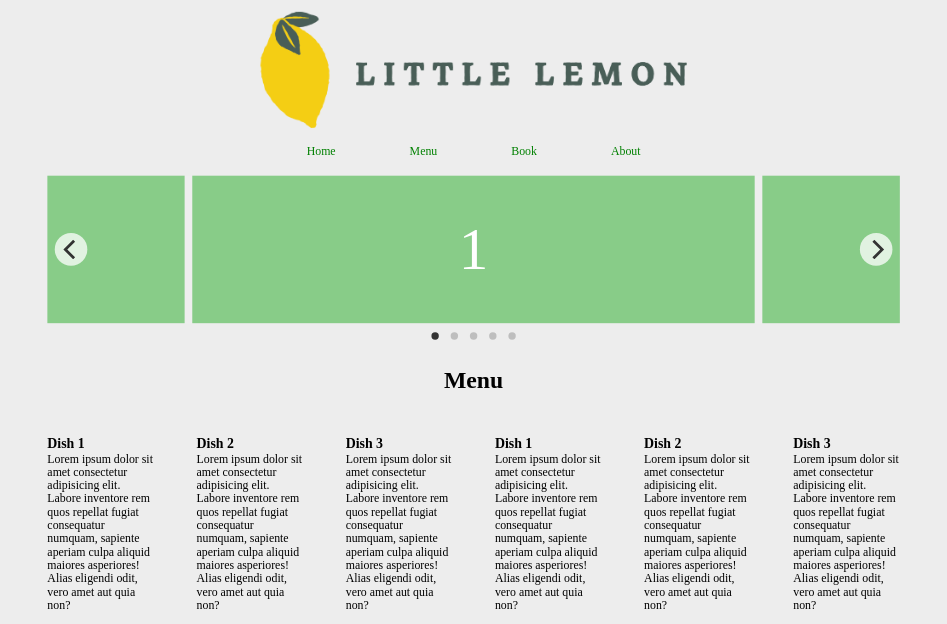
Repository: klone007/littleLemon
Page: index.html
These files come from the project's save history. The page is drawn as it stood at one moment and after a run of saves; the edit follows.
The browser window is 1280 px wide. The pictures show the whole page, at 74% of full size.

Above is the page before, as saved 2022-11-16 22:30:10.

### index.html
<!DOCTYPE html>
<html lang="en">
<head>
    <meta charset="UTF-8">
    <meta http-equiv="X-UA-Compatible" content="IE=edge">
    <meta name="viewport" content="width=device-width, initial-scale=1.0">
    <title>Little Lemon</title>
    <meta name="author" content="Owned by Maria & Jason">
    <meta name="description" content="Little lemon restaurant">

    <link rel="stylesheet" href="./styles.css">
    <link rel="stylesheet" href="./docs/flickity.css" media="screen">
</head>
<body>
    <script src="/path/to/flickity.pkgd.min.js"></script>
    <header>
        <img src="Asset 16@4x.png" alt="logo" />
    </header>

    <nav>
        <ul>
            <li><a href="#">Home</a></li>
            <li><a href="#">Menu</a></li>
            <li><a href="#">Book</a></li>
            <li><a href="#">About</a></li>
        </ul>
    </nav>

    <main>
        <div class="gallery js-flickity" data-flickity-options='{ "wrapAround": true }'>
            <div class="gallery-cell"></div>
            <div class="gallery-cell"></div>
            <div class="gallery-cell"></div>
            <div class="gallery-cell"></div>
            <div class="gallery-cell"></div>
        </div>

        <h1>Menu</h1>
        <section>
            <article>
                <h3>Dish 1</h3>
                <p>Lorem ipsum dolor sit amet consectetur adipisicing elit. Labore inventore rem quos repellat fugiat consequatur numquam, sapiente aperiam culpa aliquid maiores asperiores! Alias eligendi odit, vero amet aut quia non?</p>
            </article>
            <article>
                <h3>Dish 2</h3>
                <p>Lorem ipsum dolor sit amet consectetur adipisicing elit. Labore inventore rem quos repellat fugiat consequatur numquam, sapiente aperiam culpa aliquid maiores asperiores! Alias eligendi odit, vero amet aut quia non?</p>
            </article>
            <article>
                <h3>Dish 3</h3>
                <p>Lorem ipsum dolor sit amet consectetur adipisicing elit. Labore inventore rem quos repellat fugiat consequatur numquam, sapiente aperiam culpa aliquid maiores asperiores! Alias eligendi odit, vero amet aut quia non?</p>
            </article>
            <article>
                <h3>Dish 1</h3>
                <p>Lorem ipsum dolor sit amet consectetur adipisicing elit. Labore inventore rem quos repellat fugiat consequatur numquam, sapiente aperiam culpa aliquid maiores asperiores! Alias eligendi odit, vero amet aut quia non?</p>
            </article>
            <article>
                <h3>Dish 2</h3>
                <p>Lorem ipsum dolor sit amet consectetur adipisicing elit. Labore inventore rem quos repellat fugiat consequatur numquam, sapiente aperiam culpa aliquid maiores asperiores! Alias eligendi odit, vero amet aut quia non?</p>
            </article>
            <article>
                <h3>Dish 3</h3>
                <p>Lorem ipsum dolor sit amet consectetur adipisicing elit. Labore inventore rem quos repellat fugiat consequatur numquam, sapiente aperiam culpa aliquid maiores asperiores! Alias eligendi odit, vero amet aut quia non?</p>
            </article>
        </section>
    </main>
</body>
</html>

### styles.css
*{
    margin:0;
    padding:0;
    -webkit-box-sizing: border-box;
    box-sizing: border-box;
}

body {
    background-color: #ededed;
    margin-top: 1rem;
    margin-bottom: 1rem;
    margin-left: 5%;
    margin-right: 5%;
}

header > img {
    display: block;
    margin-left: auto;
    margin-right: auto;
    width:50%;
}

nav  ul {
    list-style: none;
    display: flex;
    justify-content: center;
    margin: 2%;

}

nav a:link {
    text-decoration: none;
    color: green;
    padding: 10px 50px;

}

nav a:hover {
    background-color: green;
    color: antiquewhite;
}

main > h1 {
    display: flex;
    justify-content: center;
    align-items: center;
    margin-top:5%;
}
section {
    display: flex;
    justify-content: center;
    align-items: center;
    margin-top: 5%;
    margin-left: auto;
    margin-right: auto;
    gap: 5%;
}



.gallery {
    background: #EEE;
  }

  .gallery-cell {
    width: 66%;
    height: 200px;
    margin-right: 10px;
    background: #8C8;
    counter-increment: gallery-cell;
  }

  /* cell number */
  .gallery-cell:before {
    display: block;
    text-align: center;
    content: counter(gallery-cell);
    line-height: 200px;
    font-size: 80px;
    color: white;
  }

### docs/flickity.css
/*! Flickity v2.3.0
https://flickity.metafizzy.co
---------------------------------------------- */

.flickity-enabled {
  position: relative;
}

.flickity-enabled:focus { outline: none; }

.flickity-viewport {
  overflow: hidden;
  position: relative;
  height: 100%;
}

.flickity-slider {
  position: absolute;
  width: 100%;
  height: 100%;
}

/* draggable */

.flickity-enabled.is-draggable {
  -webkit-tap-highlight-color: transparent;
  -webkit-user-select: none;
     -moz-user-select: none;
      -ms-user-select: none;
          user-select: none;
}

.flickity-enabled.is-draggable .flickity-viewport {
  cursor: move;
  cursor: -webkit-grab;
  cursor: grab;
}

.flickity-enabled.is-draggable .flickity-viewport.is-pointer-down {
  cursor: -webkit-grabbing;
  cursor: grabbing;
}

/* ---- flickity-button ---- */

.flickity-button {
  position: absolute;
  background: hsla(0, 0%, 100%, 0.75);
  border: none;
  color: #333;
}

.flickity-button:hover {
  background: white;
  cursor: pointer;
}

.flickity-button:focus {
  outline: none;
  box-shadow: 0 0 0 5px #19F;
}

.flickity-button:active {
  opacity: 0.6;
}

.flickity-button:disabled {
  opacity: 0.3;
  cursor: auto;
  /* prevent disabled button from capturing pointer up event. #716 */
  pointer-events: none;
}

.flickity-button-icon {
  fill: currentColor;
}

/* ---- previous/next buttons ---- */

.flickity-prev-next-button {
  top: 50%;
  width: 44px;
  height: 44px;
  border-radius: 50%;
  /* vertically center */
  transform: translateY(-50%);
}

.flickity-prev-next-button.previous { left: 10px; }
.flickity-prev-next-button.next { right: 10px; }
/* right to left */
.flickity-rtl .flickity-prev-next-button.previous {
  left: auto;
  right: 10px;
}
.flickity-rtl .flickity-prev-next-button.next {
  right: auto;
  left: 10px;
}

.flickity-prev-next-button .flickity-button-icon {
  position: absolute;
  left: 20%;
  top: 20%;
  width: 60%;
  height: 60%;
}

/* ---- page dots ---- */

.flickity-page-dots {
  position: absolute;
  width: 100%;
  bottom: -25px;
  padding: 0;
  margin: 0;
  list-style: none;
  text-align: center;
  line-height: 1;
}

.flickity-rtl .flickity-page-dots { direction: rtl; }

.flickity-page-dots .dot {
  display: inline-block;
  width: 10px;
  height: 10px;
  margin: 0 8px;
  background: #333;
  border-radius: 50%;
  opacity: 0.25;
  cursor: pointer;
}

.flickity-page-dots .dot.is-selected {
  opacity: 1;
}

Loaded but not shown: docs/flickity.pkgd.min.js (library); docs/index.html (810 lines, source omitted)

After the next 2 saves:
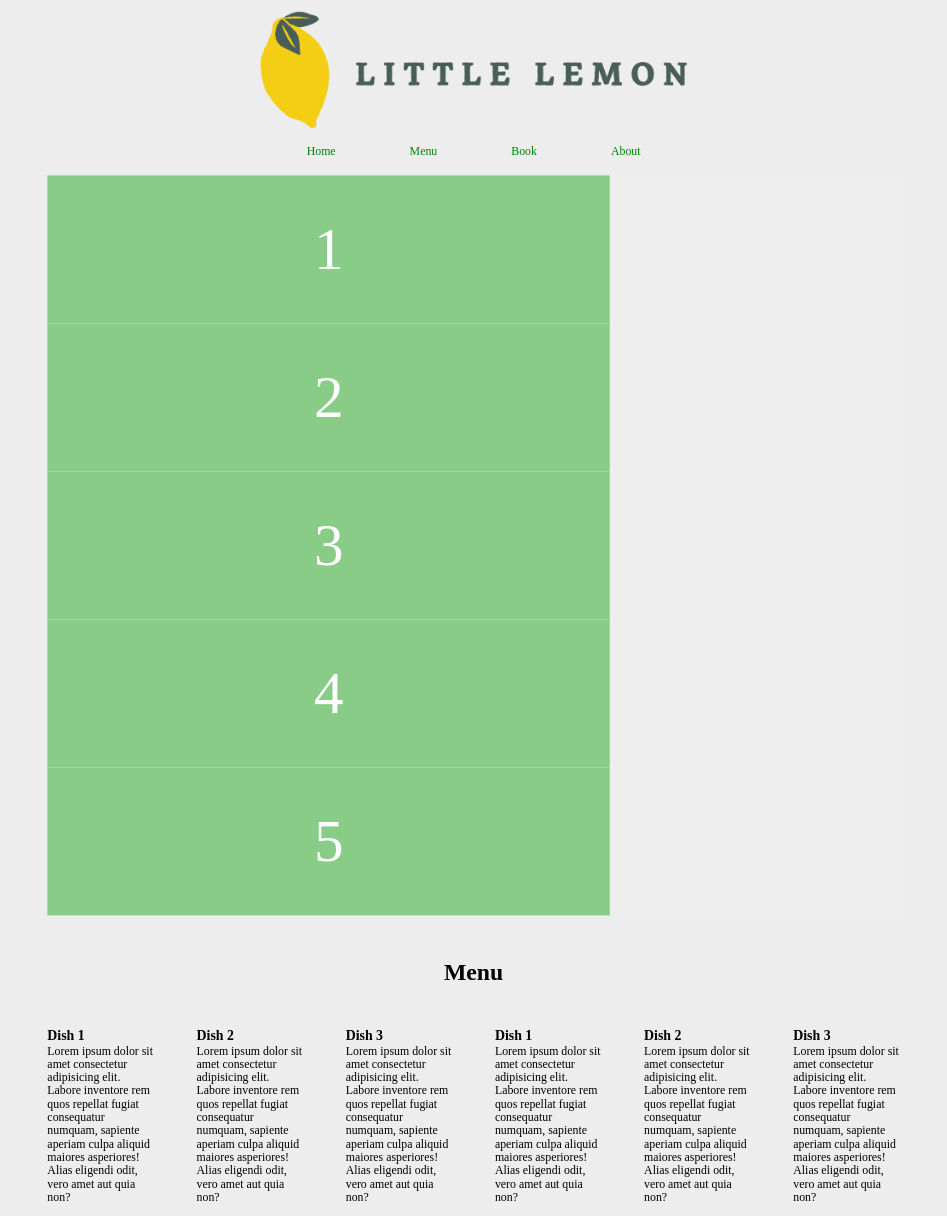
Console error: SyntaxError: Unexpected token '<'
The 2 saves are shown as one change because they came seconds apart.
The last was saved 12 s later.
--- a/index.html
+++ b/index.html
@@ -12,7 +12,7 @@
     <link rel="stylesheet" href="./docs/flickity.css" media="screen">
 </head>
 <body>
-    <script src="/path/to/flickity.pkgd.min.js"></script>
+    <script src="./docs/"></script>
     <header>
         <img src="Asset 16@4x.png" alt="logo" />
     </header>

After the save that followed:
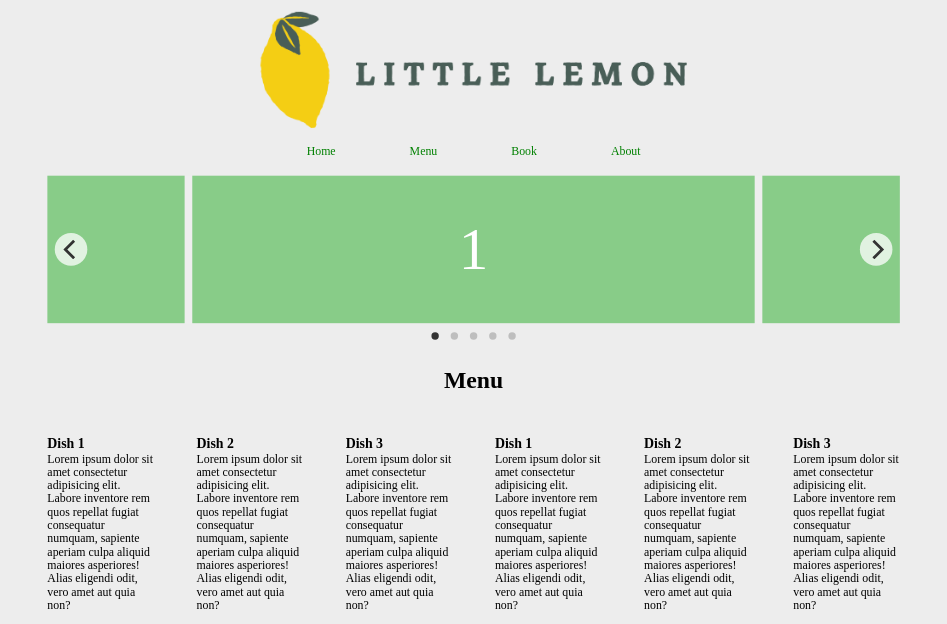
The error is gone.
Saved 9 s later.
--- a/index.html
+++ b/index.html
@@ -12,7 +12,7 @@
     <link rel="stylesheet" href="./docs/flickity.css" media="screen">
 </head>
 <body>
-    <script src="./docs/"></script>
+    <script src="./docs/flickity.pkgd.min.js"></script>
     <header>
         <img src="Asset 16@4x.png" alt="logo" />
     </header>
